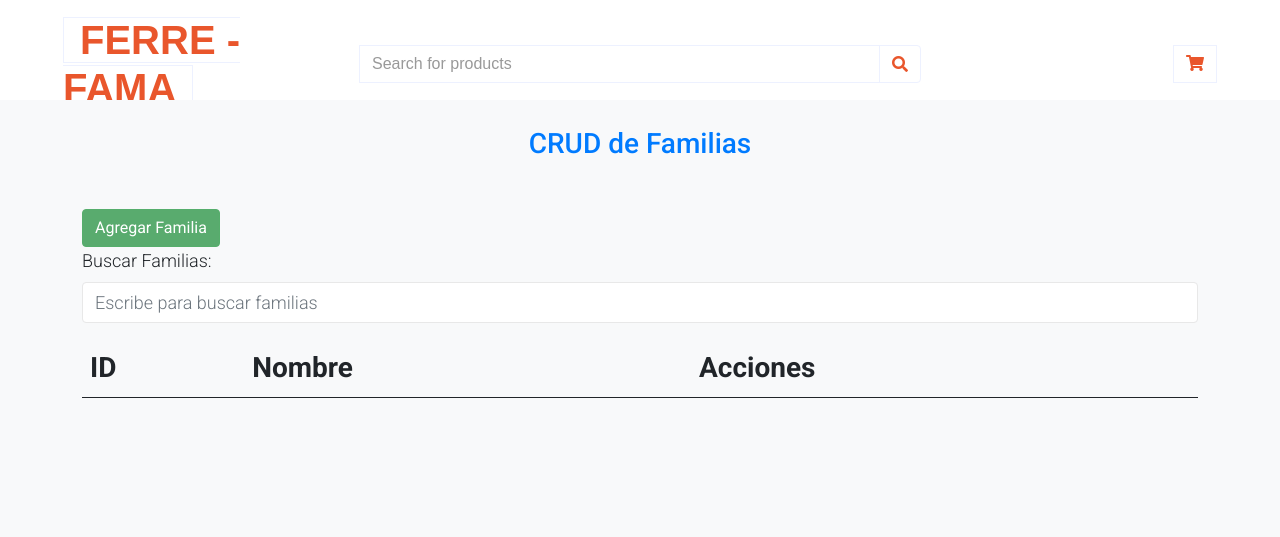
Repository: Yaqode/front-fama
Page: Views/Familias.html
An editor plug-in stored every save of this project. The page is shown before and after the next save, followed by the edit.
The browser window is 1280 px wide. The pictures show the whole page.
The page's requests for data from a server got no answer. Some web libraries are served in a nearby version.

Above is the page before, as saved 2023-12-19 11:41:54.

After the next save:
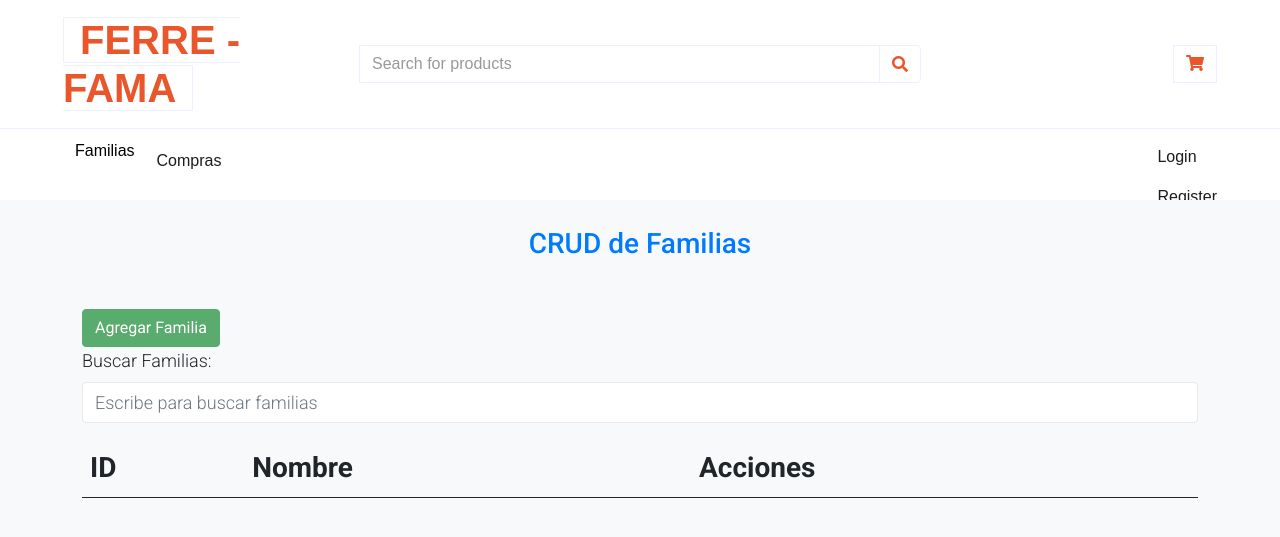
Saved 16 s later.
--- a/Views/Familias.html
+++ b/Views/Familias.html
@@ -87,7 +87,7 @@
 </style>
 
 <!-- Incluir el iframe con el header -->
-<iframe src="header_admin.html" width="100%" height="100"></iframe>
+<iframe src="header_admin.html" width="100%" height="200"></iframe>
 
 
 <div class="container">
